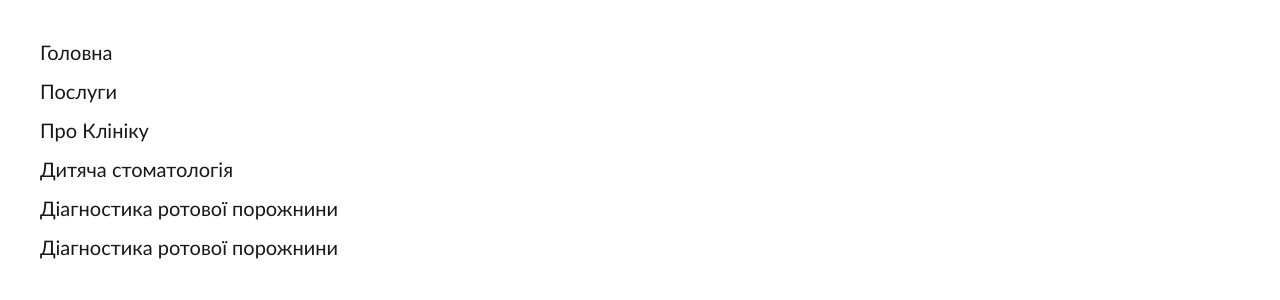
Repository: TarasDutchak/dental-clinic
Page: sitemap.html
An editor plug-in stored every save of this project. The page is shown before and after the next save, followed by the edit.
The browser window is 1280 px wide. The pictures show the whole page.

Above is the page before, as saved 2025-01-02 07:38:39.

After the next save:
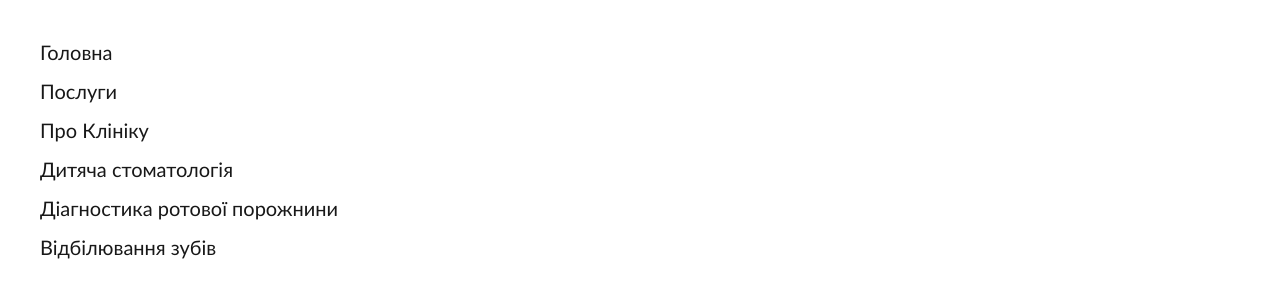
Saved 6 s later.
--- a/sitemap.html
+++ b/sitemap.html
@@ -23,7 +23,7 @@
             <li><a href="about.html" target="_blank">Про Клініку</a></li>
             <li><a href="pediatric-dentistry.html" target="_blank">Дитяча стоматологія</a></li>
             <li><a href="diagnistic-oral-cavity.html" target="_blank">Діагностика ротової порожнини</a></li>
-            <li><a href="teeth-whitening.html" target="_blank">Діагностика ротової порожнини</a></li>
+            <li><a href="teeth-whitening.html" target="_blank">Відбілювання зубів</a></li>
         </ul>
     </div>
 
